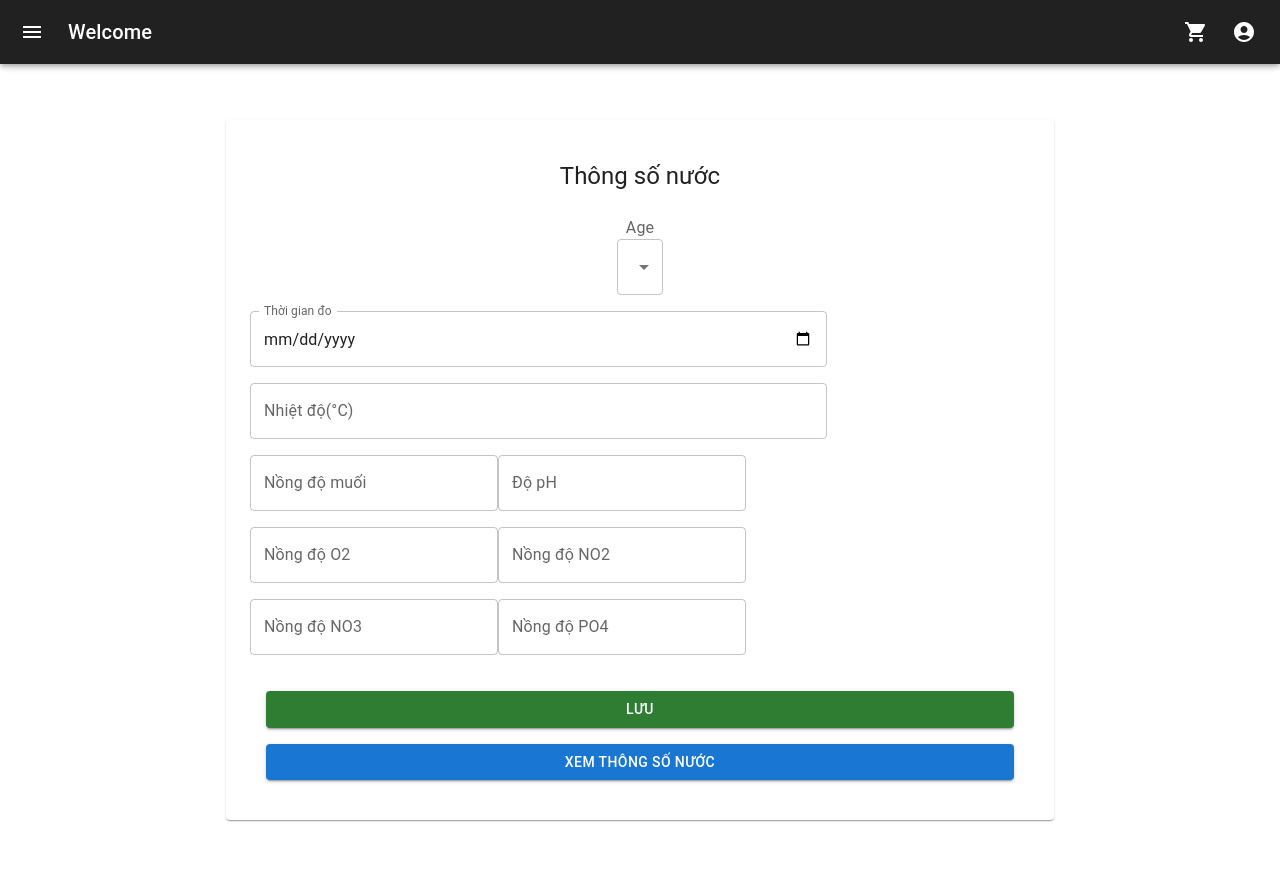
Repository: huynguyenj/KOICARE_FRONTEND
Page: /userhome/param (app in kcs-frontend/)
The author's editor kept a copy of each file at every save. The page is drawn from the files as they stood at one save, then again after the next save.
The browser window is 1280 px wide. The pictures show the whole page.
The project was rebuilt for these pictures with package versions that can differ from the ones it lists, and the page was loaded fresh each time. Also part of the build but not shown: kcs-frontend/vite.config.js, kcs-frontend/src/components/Header/Header.css, kcs-frontend/src/components/Header/Header.jsx, kcs-frontend/src/components/Footer/Footer.jsx, kcs-frontend/src/components/Footer/FooterEnd.jsx, kcs-frontend/src/components/Footer/FooterCR.jsx, kcs-frontend/src/components/Footer/Footer1.jsx, kcs-frontend/src/pages/Guest/Home/Home.jsx and 38 more.

Above is the page before, as saved 2024-10-26 14:53:27.

### kcs-frontend/index.html
<!doctype html>
<html lang="en">
  <head>
    <meta charset="UTF-8" />
    <link rel="icon" type="image/svg+xml" href="/vite.svg" />
    <meta name="viewport" content="width=device-width, initial-scale=1.0" />
    <title>Koi Care System</title>
  </head>
  <body>
    <div id="root"></div>
    <script type="module" src="/src/main.jsx"></script>
  </body>
</html>

### kcs-frontend/src/main.jsx
import { createRoot } from "react-dom/client";
import App from "./App.jsx";
import "bootstrap/dist/css/bootstrap.min.css";
import "./index.css";
import { CartProvider } from "./pages/Store/Cart";

createRoot(document.getElementById("root")).render(

    <CartProvider>
      <App />
    </CartProvider>

);

### kcs-frontend/src/index.css
body {
      margin: 0;
      font-family: -apple-system, BlinkMacSystemFont, 'Segoe UI', 'Roboto', 'Oxygen',
            'Ubuntu', 'Cantarell', 'Fira Sans', 'Droid Sans', 'Helvetica Neue',
            sans-serif;
      -webkit-font-smoothing: antialiased;
      -moz-osx-font-smoothing: grayscale;
}

code {
      font-family: source-code-pro, Menlo, Monaco, Consolas, 'Courier New',
            monospace;
}

### kcs-frontend/src/pages/Store/Cart.jsx
// CartContext.js
import React, { createContext, useContext, useState } from "react";

const CartContext = createContext();

export const useCart = () => {
  return useContext(CartContext);
};

export const CartProvider = ({ children }) => {
  const [cartItems, setCartItems] = useState([]);

  const addToCart = (product, quantity) => {
    setCartItems((prevItems) => {
      const existingItem = prevItems.find(
        (item) => item.product.id === product.id
      );
      if (existingItem) {
        // If the product already exists, update its quantity
        return prevItems.map((item) =>
          item.product.id === product.id
            ? { ...item, quantity: item.quantity + quantity }
            : item
        );
      }
      // Otherwise, add the product to the cart with the selected quantity
      return [...prevItems, { product, quantity }];
    });
  };

  const updateQuantity = (productId, quantity) => {
    setCartItems((prevItems) =>
      prevItems.map((item) =>
        item.product.id === productId ? { ...item, quantity } : item
      )
    );
  };

  const removeFromCart = (productId) => {
    setCartItems((prevItems) =>
      prevItems.filter((item) => item.product.id !== productId)
    );
  };

 const calculateTotalPrice = () => {
   return cartItems.reduce((total, item) => {
     // Extract the numeric value from the price string and convert it to a number
     const price = parseFloat(item.product.price.replace(/[^\d]/g, ""));
     const quantity = item.quantity;
     return total + price * quantity;
   }, 0);
 };


  return (
    <CartContext.Provider
      value={{
        cartItems,
        addToCart,
        removeFromCart,
        updateQuantity,
        calculateTotalPrice,
      }}
    >
      {children}
    </CartContext.Provider>
  );
};

### kcs-frontend/src/components/Layout/index.jsx
import { useEffect, useState } from "react";
import Navbar from "../Navbar/Navbar.jsx";
import { Outlet, useLocation, useNavigate } from "react-router-dom";
import NavbarUser from "../NavbarAfterLogin/NavbarUser.jsx";
import { getMyInfo, logout } from "../../api/userService.js";

function Layout() {
  const [isLoggedIn, setIsLoggedIn] = useState(false);
  const [user, setUser] = useState("");
  const location = useLocation();
  const navigator = useNavigate()


  useEffect(() => {


    fetchUserInfo();
  }, [location]);

  // Function to handle logout, switching to Navbar when logged out
  const handleLogout = async() => {
    await logout();
    setIsLoggedIn(false);
    navigator('/login'); // Redirect to login page after logging out

  };
    const fetchUserInfo = async () => {
    try {
      const response = await getMyInfo(); // Fetch user info from the API
      if (response && response.result) {
        const parsedUserInfo = response.result; // Assuming the user data is in response.result
        if (parsedUserInfo.userName) {
          setUser(parsedUserInfo.userName); // Set user name from the fetched data
          setIsLoggedIn(true); // Update logged-in status
        } else {
          console.log("User name not found in the fetched information.");
        }
      } else {
        console.log("No user information found in the response.");
      }
    } catch (error) {
      console.error("Failed to fetch user info:", error);
    }
  };
  const hideNavbar = location.pathname.startsWith("/userhome");

  return (
    <div>
      {!hideNavbar &&
        (isLoggedIn ? (
          <NavbarUser user={user} onLogout={handleLogout} /> // Pass logout function to NavbarUser
        ) : (
          <Navbar /> // Show regular Navbar when logged out
        ))}
      <Outlet />
    </div>
  );
}

export default Layout;

### kcs-frontend/src/pages/Calculate/WaterParam/AddWaterParam.jsx
import {
  Button,
  Card,
  CircularProgress,
  Container,
  FormControl,
  Grid,
  InputLabel,
  MenuItem,
  Select,
  TextField,
  Typography,
} from "@mui/material";
import React, { useEffect, useState } from "react";
import { Form } from "react-router-dom";
import { getAllPond } from "../../../api/pond_fish";

function AddWaterParam() {
  const [update, setUpdate] = useState(false);
  const [error,setError] = useState({});
  const [ponds,setPonds] = useState([]);
  const [pondId,setPondId] = useState();
  const [data, setData] = useState({
    mesurementTime: "",
    temperature: "",
    salinity: "",
    ph: "",
    o2: "",
    no2: "",
    no3: "",
    po4: "",
  });

  useEffect(()=>{
      getPonds()
  },[])

  const getPonds = async ()=>{
      try {
           const res =  await getAllPond()
           setPonds(res.result)
      } catch (error) {
            console.log(error)
      }
  }
  const validate = () =>{
      const newError = {}
      if(!data.mesurementTime || data.mesurementTime.trim() ==""){
            newError.time = "Thời gian không được để trống!"
      }
      if(!data.temperature){
            newError.temp = "Nhiệt độ không được để trống!"
      }if(!data.ph|| data.ph < 0){
            newError.ph = "Độ pH không được để trống hoặc < 0"
      }
      if(!data.salinity|| data.salinity < 0){
            newError.salt = "Độ muối không được để trống hoặc < 0"
      }
      if(!data.o2 || data.o2 <= 0){
            newError.o2 = "Nồng độ oxi không được để trống hoặc <= 0"
      }if(!data.no2){
            newError.no2 = "Nồng độ NO2 không được để trống"
      }if(!data.no3){
            newError.no3 = "Nồng độ NO3 không được để trống"
      }if(!data.po4){
            newError.po4 = "Nồng độ PO4 không được để trống"
      }
      setError(newError)
      return Object.keys(newError).length===0;

  }
  const handleChange = (e) => {
    const { name, value } = e.target;
    setData({ ...data, [name]: value });
  };

  const handleSubmit = async (e) =>{
      e.preventDefault();
      if(validate()){
            setUpdate(true)

      }
  }
  const handlePond = (e)=>{
      setPondId(e.target.value)
  }
  return (
    <Container sx={{ width: "75%" }}>
      <Grid item xs={12} sm={5}>
        <Card sx={{ padding: 5, border: "AppWorkspace" }}>
          <Typography variant="h5" sx={{ mb: 3 }}>
            Thông số nước
          </Typography>
          <InputLabel id="demo-simple-select-labe">Age</InputLabel>
          <Select
            labelId="demo-simple-select-labe"
            label="Age"
            value={pondId}
            sx={{mb:4}}
            onChange={handlePond}
          >

            {ponds.map((pond)=>(
                  <MenuItem key = {pond.pondId} value={pond.pondId}>{pond.pondName}</MenuItem>
            ))}
          </Select>
          <Form onSubmit={handleSubmit}>
            <Grid item xs={12} sm={9} container spacing={2}>
              <TextField
                fullWidth
                label="Thời gian đo"
                type="date"
                name="mesurementTime"
                value={data.mesurementTime}
                onChange={handleChange}
                sx={{ mb: 2 }}
                error ={!!error.time}
                helperText={error.time}
                InputLabelProps={{
                  shrink: true,
                }}
              ></TextField>

              <TextField
                fullWidth
                label="Nhiệt độ(°C)"
                type="number"
                name="temperature"
                value={data.temperature}
                onChange={handleChange}
                sx={{ mb: 2 }}
                error ={!!error.temp}
                helperText={error.temp}
              ></TextField>

              <FormControl>
                <TextField
                  fullWidth
                  label="Nồng độ muối"
                  type="number"
                  name="salinity"
                  value={data.salinity}
                  onChange={handleChange}
                  sx={{ mb: 2 }}
                  error ={!!error.salt}
                  helperText={error.salt}
                ></TextField>
              </FormControl>

              <FormControl>
                <TextField
                  fullWidth
                  label="Độ pH"
                  type="number"
                  name="ph"
                  value={data.ph}
                  onChange={handleChange}
                  sx={{ mb: 2 }}
                  error ={!!error.ph}
                  helperText={error.ph}
                ></TextField>
              </FormControl>

              <FormControl>
                <TextField
                  fullWidth
                  label="Nồng độ O2"
                  type="number"
                  name="o2"
                  value={data.o2}
                  onChange={handleChange}
                  sx={{ mb: 2 }}
                  error ={!!error.o2}
                  helperText={error.o2}
                ></TextField>
              </FormControl>

              <FormControl>
                <TextField
                  fullWidth
                  label="Nồng độ NO2"
                  type="number"
                  name="no2"
                  value={data.no2}
                  onChange={handleChange}
                  sx={{ mb: 2 }}
                  error ={!!error.no2}
                  helperText={error.no2}
                ></TextField>
              </FormControl>

              <FormControl>
                <TextField
                  fullWidth
                  label="Nồng độ NO3"
                  type="number"
                  name="no3"
                  value={data.no3}
                  onChange={handleChange}
                  sx={{ mb: 2 }}
                  error ={!!error.no3}
                  helperText={error.no3}
                ></TextField>
              </FormControl>

              <FormControl>
                <TextField
                  fullWidth
                  label="Nồng độ PO4"
                  type="number"
                  name="po4"
                  value={data.po4}
                  onChange={handleChange}
                  sx={{ mb: 2 }}
                  error ={!!error.po4}
                  helperText={error.po4}
                ></TextField>
              </FormControl>
            </Grid>
            <Button
              variant="contained"
              color="success"
              type="submit"
              disabled={update}
            >
              {update ? <CircularProgress color="inherit" /> : "Lưu"}
            </Button>
          </Form>
          <Grid>
            <Button variant="contained" sx={{mt:2,width:'100%'}}>Xem thông số nước</Button>
          </Grid>
        </Card>
      </Grid>
    </Container>
  );
}

export default AddWaterParam;

### kcs-frontend/src/pages/Guest/Home/Home.css
body {
    margin: 0;
    padding: 0;
}

.d-flex img {
    max-width: 265px;
    height: auto;
    margin: 10px;
}

.d-flex p {
    max-width: 300px;
    text-align: center;
    font-family: "JetBrains Mono";
}

.grid-container {
    display: grid;
    grid-template-columns: 1fr;
    gap: 20px;
}

h2 {
    margin-top: 30px;
}

p {
    margin: 0;
}

### kcs-frontend/src/pages/Orders/Orders.css
body {
  font-family: Arial, sans-serif;
  background-color: #f3f3f3;
  margin: 0;
}

.title {
  margin-top: 20px;
  color: #333;
}

.orders-list {
  margin-top: 20px;
}

.order {
  background-color: #fff;
  padding: 15px;
  margin-bottom: 20px;
  border-radius: 8px;
  box-shadow: 0px 4px 8px rgba(0, 0, 0, 0.1);
}

.order-header p {
  margin: 5px 0;
}

.products-grid {
  display: grid;
  grid-template-columns: repeat(2, 1fr);
  gap: 10px;
  margin-top: 15px;
}

.product {
  background-color: #f5f5f5;
  border-radius: 5px;
  display: flex;
  padding: 10px;
}

.product-image {
  background-color: #f4a08c;
  width: 50px;
  height: 50px;
  margin-right: 10px;
}

.product-info {
  display: flex;
  flex-direction: column;
  justify-content: center;
}

### kcs-frontend/src/pages/Products/AddProducts/AddProducts.css
General Styling
body {
  font-family: Arial, sans-serif;
  background-color: #f0f0f0;
  margin: 0;
  padding: 0;

}

.upload-frame {
  display: flex;
  justify-content: center;
  align-items: center;
  width: 400px;
  height: 280px;
  border: 2px dashed #ccc; /* Dashed border to show it's clickable */
  margin: 20px auto;
  cursor: pointer;
  position: relative;
  box-shadow: 0px 4px 6px rgba(0, 0, 0, 0.5); /* Slight shadow */
}

.upload-frame label {
  color: #666;
  font-size: 20px;
  text-align: center;
  cursor: pointer;
}

.upload-frame input[type="file"] {
  display: none;
}

.success-message {
  color: green;
  font-size: 20px;
  margin-bottom: 20px;
  font-weight: bold;
}

.upload-frame img {
  width: 100%;
  height: 100%;
  object-fit: cover;
}

.title-product {
  justify-content: flex-start;
  margin-top:20px;
}

/* .top-actions {
  display: flex;
  justify-content: flex-start;
  margin: 20px;
} */

/* .action-btn {
  background-color: #f00;
  color: #fff;
  border: none;
  padding: 10px 20px;
  margin-left: 10px;
  border-radius: 5px;
  cursor: pointer;
  font-size: 16px;
  box-shadow: 0px 4px 6px rgba(0, 0, 0, 0.5);
} */

/* .action-btn:hover {
  background-color: #d00;
} */

/* Main Container */
h2 {
  color: red;
  font-size: 24px;
  margin-bottom: 20px;
}

/* Product Image */
.product-image {
  display: flex;
  justify-content: center;
  margin-right: 50px;
  margin-bottom: 30px;
}

.product-image img {
  max-width: 500px;
  max-height: 300px;
  box-shadow: 0px 4px 6px rgba(0, 0, 0, 0.5); /* Slight shadow */
}

/* Form Inputs */
form {
  display: grid;
  grid-template-columns: 1fr;
  gap: 20px;
}

input[type="text"], select, textarea {
  width: 100%;
  padding: 10px;
  border: 1px solid #ccc;
  border-radius: 5px;
  font-size: 16px;
}

textarea {
  height: 150px;
}

/* Action Buttons */
.actions {
  display: flex;
  justify-content: space-between;
  align-items: center;
}

.actions button {
  background-color: #f00;
  color: white;
  padding: 10px 20px;
  border: 2px solid black;
  border-radius: 5px;
  cursor: pointer;
  box-shadow: 0px 4px 6px rgba(0, 0, 0, 0.5); /* Slight shadow */
}

.actions button:hover {
  background-color: #43b8a0;
}

Loaded but not shown: kcs-frontend/src/App.css (common file); kcs-frontend/src/api/userService.js (296 lines, source omitted); kcs-frontend/src/api/pond_fish.js (228 lines, source omitted); kcs-frontend/src/components/Drawers/User.jsx (381 lines, source omitted); kcs-frontend/src/App.jsx (113 lines, source omitted)

After the next save:
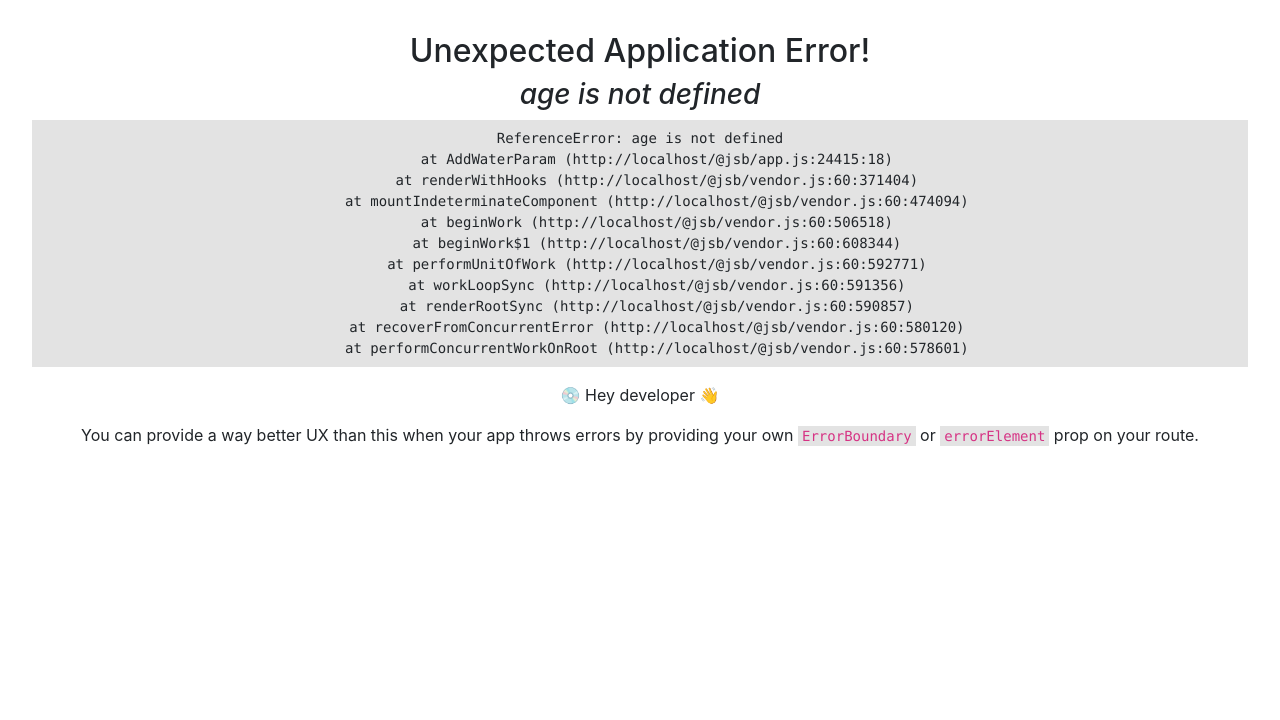
Console error: ReferenceError: age is not defined
Saved 75 s later.
--- a/kcs-frontend/src/pages/Calculate/WaterParam/AddWaterParam.jsx
+++ b/kcs-frontend/src/pages/Calculate/WaterParam/AddWaterParam.jsx
@@ -91,19 +91,20 @@
           <Typography variant="h5" sx={{ mb: 3 }}>
             Thông số nước
           </Typography>
-          <InputLabel id="demo-simple-select-labe">Age</InputLabel>
-          <Select
-            labelId="demo-simple-select-labe"
-            label="Age"
-            value={pondId}
-            sx={{mb:4}}
-            onChange={handlePond}
-          >
-
-            {ponds.map((pond)=>(
-                  <MenuItem key = {pond.pondId} value={pond.pondId}>{pond.pondName}</MenuItem>
-            ))}
-          </Select>
+          <FormControl fullWidth>
+        <InputLabel id="demo-simple-select-label">Age</InputLabel>
+        <Select
+          labelId="demo-simple-select-label"
+          id="demo-simple-select"
+          value={age}
+          label="Age"
+          onChange={handleChange}
+        >
+          <MenuItem value={10}>Ten</MenuItem>
+          <MenuItem value={20}>Twenty</MenuItem>
+          <MenuItem value={30}>Thirty</MenuItem>
+        </Select>
+      </FormControl>
           <Form onSubmit={handleSubmit}>
             <Grid item xs={12} sm={9} container spacing={2}>
               <TextField

After the 2 saves that followed:
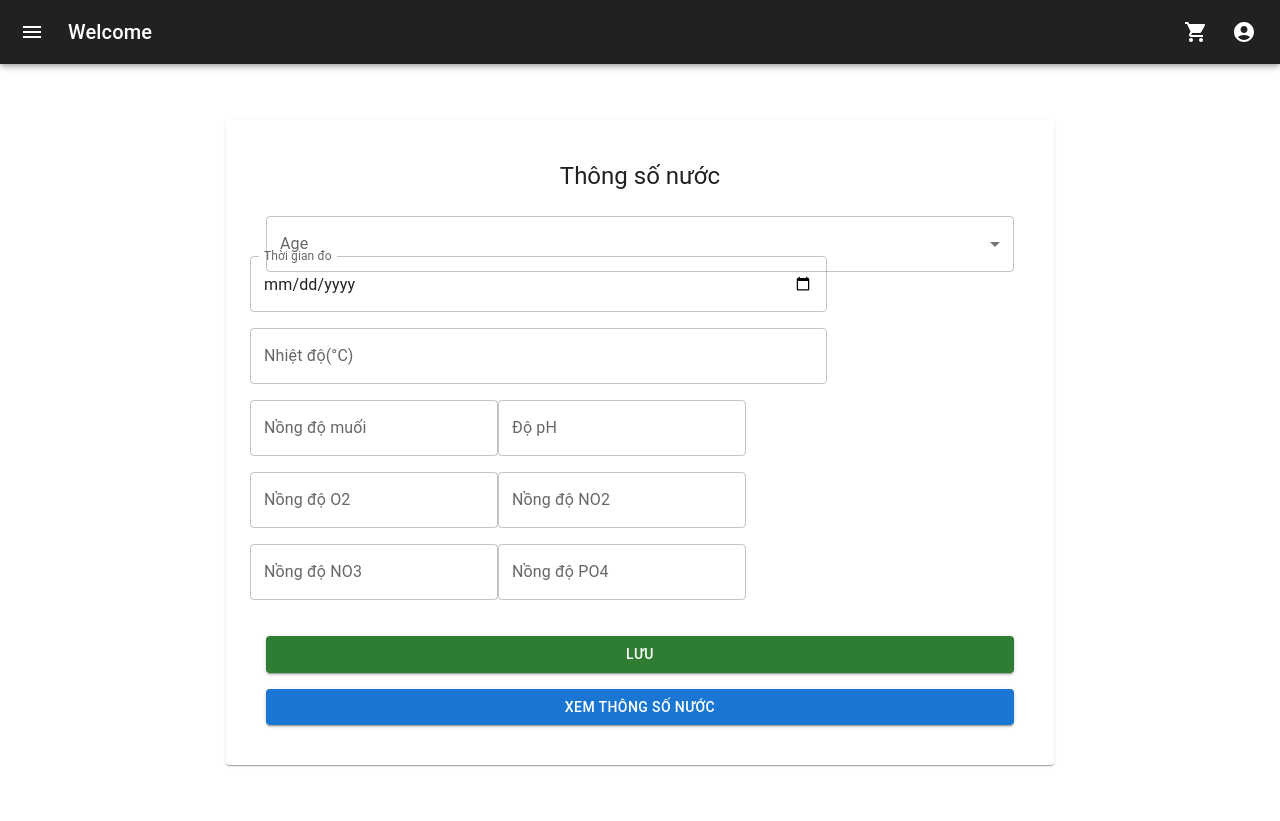
The error is gone.
The 2 saves are shown as one change because they came seconds apart.
The last was saved 5 s later.
--- a/kcs-frontend/src/pages/Calculate/WaterParam/AddWaterParam.jsx
+++ b/kcs-frontend/src/pages/Calculate/WaterParam/AddWaterParam.jsx
@@ -96,7 +96,7 @@
         <Select
           labelId="demo-simple-select-label"
           id="demo-simple-select"
-          value={age}
+          value={pondId}
           label="Age"
           onChange={handleChange}
         >
